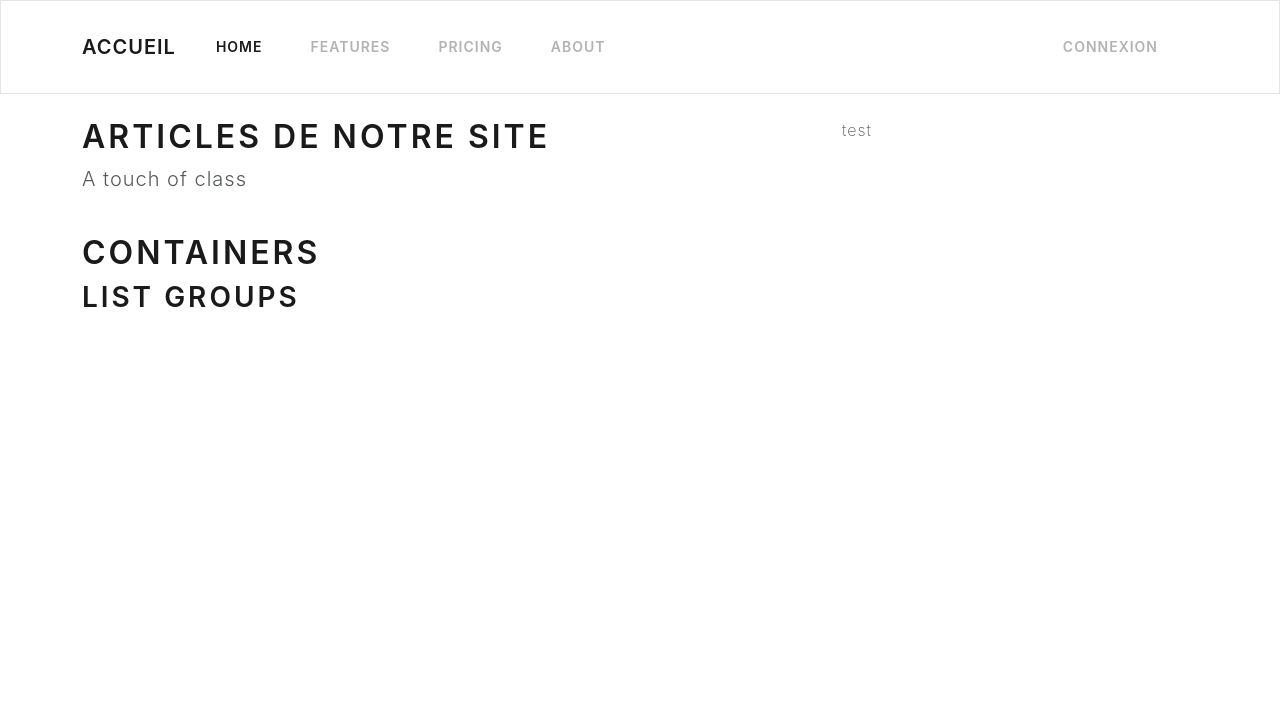
Repository: WebDevCF2m2021/PDOexe2
Page: http://localhost/
An editor plug-in stored every save of this project. The page is shown before and after the next save, followed by the edit.
The browser window is 1280 px wide. The pictures show the whole page.
Some web fonts or font styles are not loaded; a fallback is used. The page is run by PHP 8.4 with error messages shown; the project is at /var/www/html/.

Above is the page before, as saved 2022-02-18 08:36:52.

After the next save:
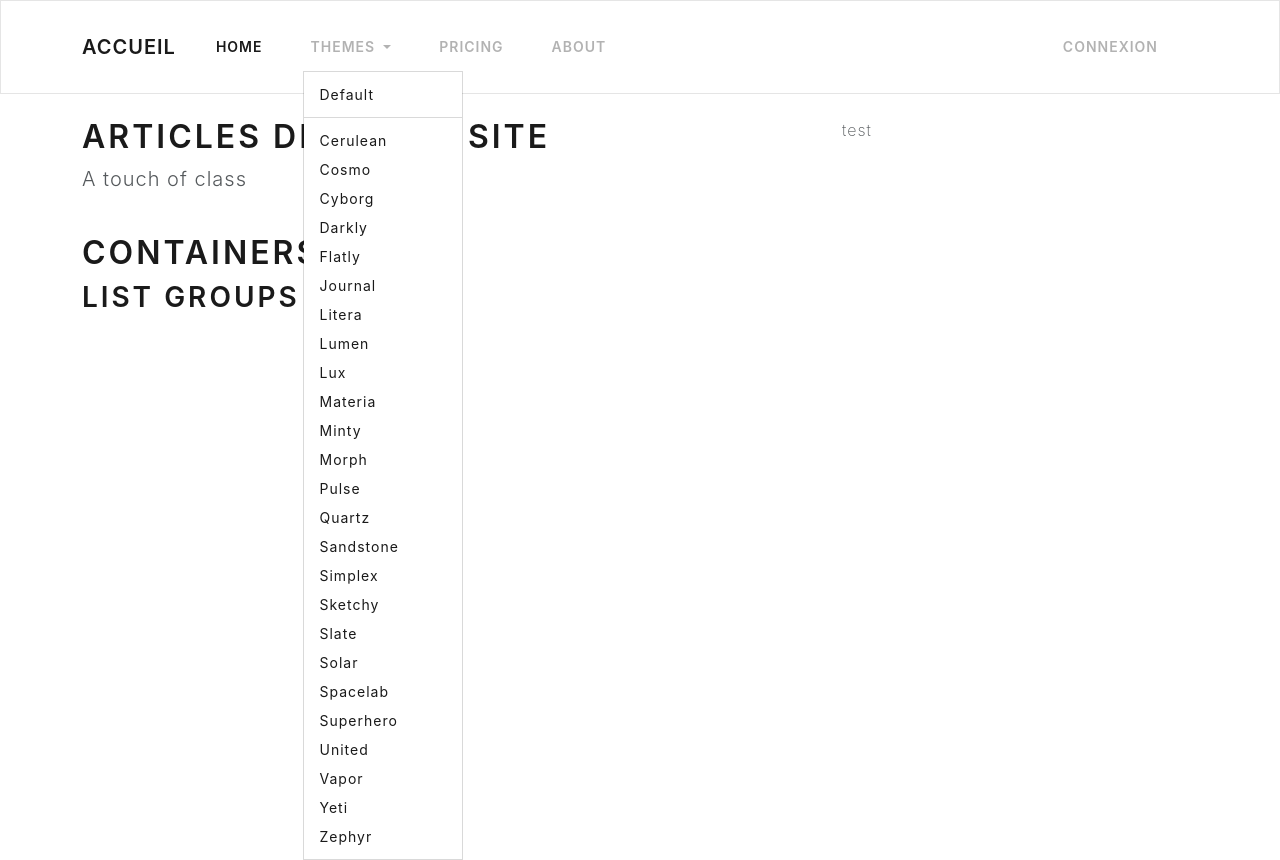
Saved 82 min 18 s later.
--- a/view/publicView/publicHomepageView.php
+++ b/view/publicView/publicHomepageView.php
@@ -20,8 +20,37 @@
             <span class="visually-hidden">(current)</span>
           </a>
         </li>
-        <li class="nav-item">
-          <a class="nav-link" href="#">Features</a>
+        <li class="nav-item dropdown">
+          <a class="nav-link dropdown-toggle show" data-bs-toggle="dropdown" href="#" id="themes" aria-expanded="true">Themes <span class="caret"></span></a>
+          <div class="dropdown-menu show" aria-labelledby="themes" data-bs-popper="none">
+            <a class="dropdown-item" href="../default/">Default</a>
+            <div class="dropdown-divider"></div>
+            <a class="dropdown-item" href="../cerulean/">Cerulean</a>
+            <a class="dropdown-item" href="../cosmo/">Cosmo</a>
+            <a class="dropdown-item" href="../cyborg/">Cyborg</a>
+            <a class="dropdown-item" href="../darkly/">Darkly</a>
+            <a class="dropdown-item" href="../flatly/">Flatly</a>
+            <a class="dropdown-item" href="../journal/">Journal</a>
+            <a class="dropdown-item" href="../litera/">Litera</a>
+            <a class="dropdown-item" href="../lumen/">Lumen</a>
+            <a class="dropdown-item" href="../lux/">Lux</a>
+            <a class="dropdown-item" href="../materia/">Materia</a>
+            <a class="dropdown-item" href="../minty/">Minty</a>
+            <a class="dropdown-item" href="../morph/">Morph</a>
+            <a class="dropdown-item" href="../pulse/">Pulse</a>
+            <a class="dropdown-item" href="../quartz/">Quartz</a>
+            <a class="dropdown-item" href="../sandstone/">Sandstone</a>
+            <a class="dropdown-item" href="../simplex/">Simplex</a>
+            <a class="dropdown-item" href="../sketchy/">Sketchy</a>
+            <a class="dropdown-item" href="../slate/">Slate</a>
+            <a class="dropdown-item" href="../solar/">Solar</a>
+            <a class="dropdown-item" href="../spacelab/">Spacelab</a>
+            <a class="dropdown-item" href="../superhero/">Superhero</a>
+            <a class="dropdown-item" href="../united/">United</a>
+            <a class="dropdown-item" href="../vapor/">Vapor</a>
+            <a class="dropdown-item" href="../yeti/">Yeti</a>
+            <a class="dropdown-item" href="../zephyr/">Zephyr</a>
+          </div>
         </li>
         <li class="nav-item">
           <a class="nav-link" href="#">Pricing</a>

After the save that followed:
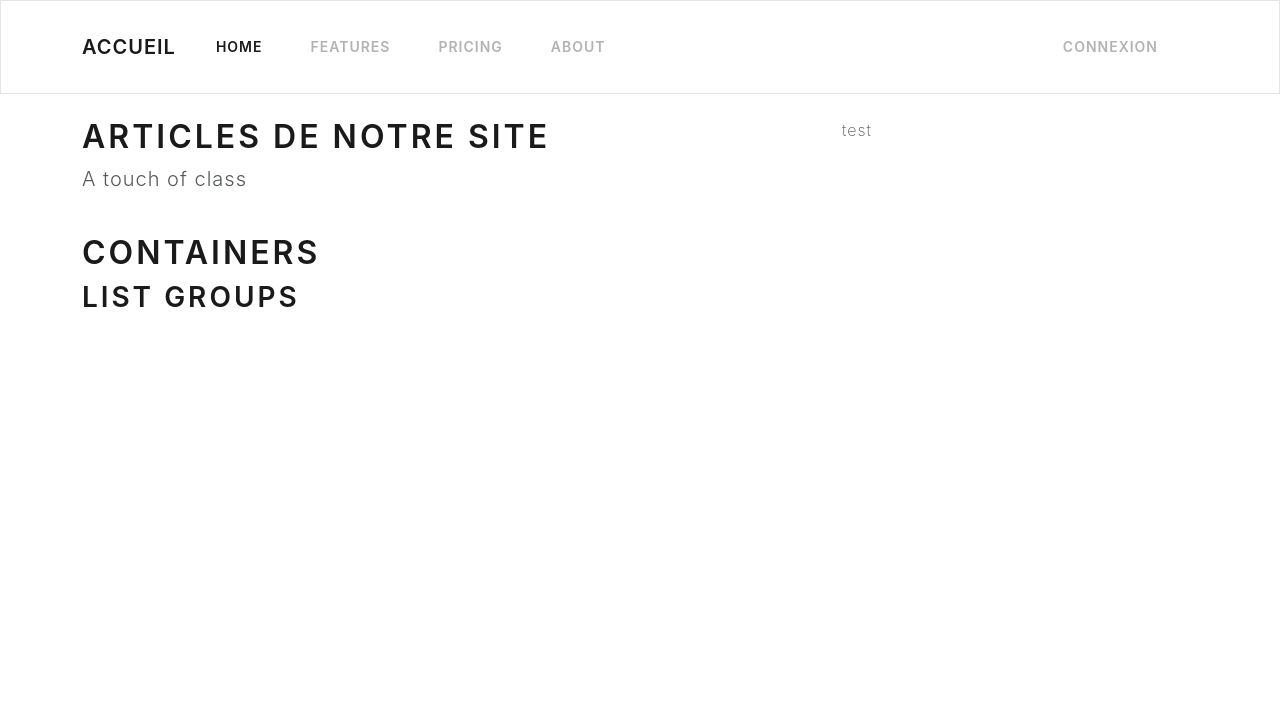
Saved 5 min 17 s later.
--- a/view/publicView/publicHomepageView.php
+++ b/view/publicView/publicHomepageView.php
@@ -20,37 +20,8 @@
             <span class="visually-hidden">(current)</span>
           </a>
         </li>
-        <li class="nav-item dropdown">
-          <a class="nav-link dropdown-toggle show" data-bs-toggle="dropdown" href="#" id="themes" aria-expanded="true">Themes <span class="caret"></span></a>
-          <div class="dropdown-menu show" aria-labelledby="themes" data-bs-popper="none">
-            <a class="dropdown-item" href="../default/">Default</a>
-            <div class="dropdown-divider"></div>
-            <a class="dropdown-item" href="../cerulean/">Cerulean</a>
-            <a class="dropdown-item" href="../cosmo/">Cosmo</a>
-            <a class="dropdown-item" href="../cyborg/">Cyborg</a>
-            <a class="dropdown-item" href="../darkly/">Darkly</a>
-            <a class="dropdown-item" href="../flatly/">Flatly</a>
-            <a class="dropdown-item" href="../journal/">Journal</a>
-            <a class="dropdown-item" href="../litera/">Litera</a>
-            <a class="dropdown-item" href="../lumen/">Lumen</a>
-            <a class="dropdown-item" href="../lux/">Lux</a>
-            <a class="dropdown-item" href="../materia/">Materia</a>
-            <a class="dropdown-item" href="../minty/">Minty</a>
-            <a class="dropdown-item" href="../morph/">Morph</a>
-            <a class="dropdown-item" href="../pulse/">Pulse</a>
-            <a class="dropdown-item" href="../quartz/">Quartz</a>
-            <a class="dropdown-item" href="../sandstone/">Sandstone</a>
-            <a class="dropdown-item" href="../simplex/">Simplex</a>
-            <a class="dropdown-item" href="../sketchy/">Sketchy</a>
-            <a class="dropdown-item" href="../slate/">Slate</a>
-            <a class="dropdown-item" href="../solar/">Solar</a>
-            <a class="dropdown-item" href="../spacelab/">Spacelab</a>
-            <a class="dropdown-item" href="../superhero/">Superhero</a>
-            <a class="dropdown-item" href="../united/">United</a>
-            <a class="dropdown-item" href="../vapor/">Vapor</a>
-            <a class="dropdown-item" href="../yeti/">Yeti</a>
-            <a class="dropdown-item" href="../zephyr/">Zephyr</a>
-          </div>
+        <li class="nav-item">
+          <a class="nav-link" href="#">Features</a>
         </li>
         <li class="nav-item">
           <a class="nav-link" href="#">Pricing</a>
